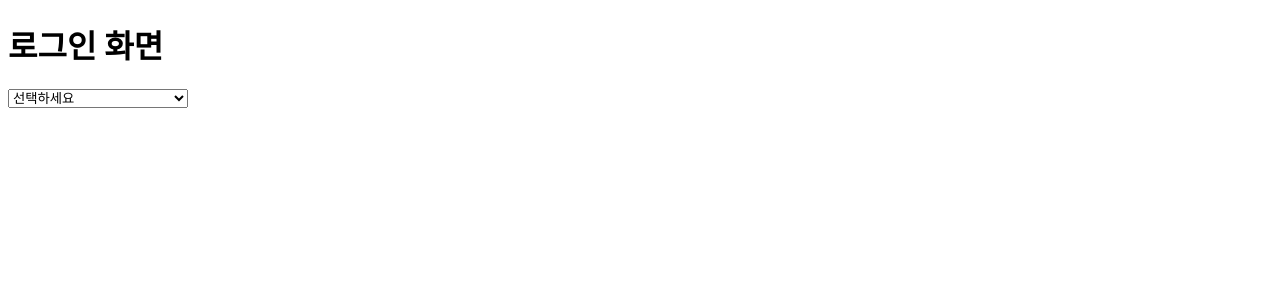
Repository: minjikimkim2222/BBS
Page: http://localhost/BBS/login.jsp
An editor plug-in stored every save of this project. The page is shown before and after the next save, followed by the edit.
The browser window is 1280 px wide. The pictures show the whole page.
The page is served by Tomcat 9. Other server files are loaded and not shown.

Above is the page before, as saved 2023-11-28 08:24:27.
Not found: BBS/BBS/css/board.css

### BBS/src/main/webapp/login.jsp
<%@ page language="java" contentType="text/html; charset=UTF-8"
    pageEncoding="UTF-8"%><!--   JSP 서버측 설정  -->
<!DOCTYPE html>
<html>
	<head>
		<meta HTTP-EQUIV="content-type" CONTENT="text/html; CHARSET=UTF-8" charset = "UTF-8"> <!--  클라이언트 문자 인코딩 방식  -->

		<link rel = "stylesheet" href="css/board.css?after" type="text/css">
		<title>JSP 로그인 페이지</title>
</head>
<body>

<h1 class = "h1_align">로그인 화면</h1>

	<form action="" name="loginSelect">
		<select name = "loginList" onchange = "location = document.loginSelect.loginList.value">
			<option>선택하세요</option>
			<option value = "processLoginAdmin.jsp"> admin 로그인 페이지로 이동 </option>
			<option value = "processLoginUser.jsp">user 로그인 페이지로 이동</option>
			<option value = "MySQL_ConnectionTest.jsp"> mySQL Connection TEST</option>
			<option value = "register.jsp">회원가입 페이지로 이동</option>
		</select>
	</form>
</body>
</html>

After the next save:
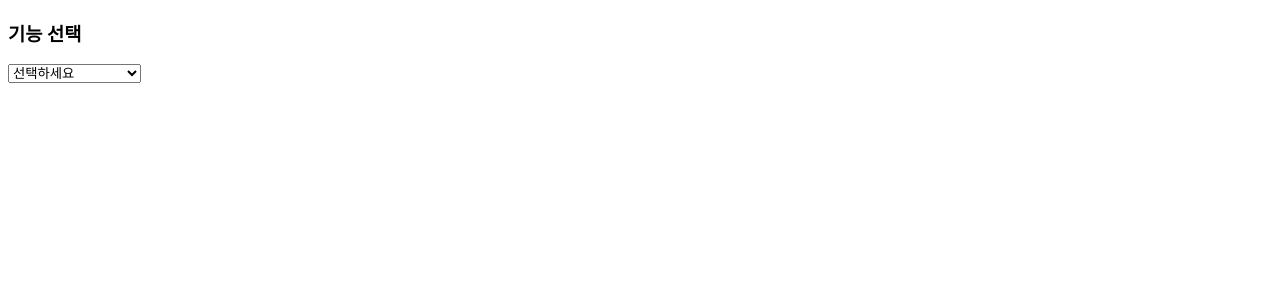
Saved 24 days later.
--- a/BBS/src/main/webapp/login.jsp
+++ b/BBS/src/main/webapp/login.jsp
@@ -10,7 +10,7 @@
 </head>
 <body>
 
-<h1 class = "h1_align">로그인 화면</h1>
+<!-- <h1 class = "h1_align">로그인 화면</h1>
 
 	<form action="" name="loginSelect">
 		<select name = "loginList" onchange = "location = document.loginSelect.loginList.value">
@@ -21,5 +21,18 @@
 			<option value = "register.jsp">회원가입 페이지로 이동</option>
 		</select>
 	</form>
-</body>
+</body> -->
+
+	<h3> 기능 선택</h3>
+
+	<form action="" name="loginSelect">
+		<select name = "loginList" onchange = "location = document.loginSelect.loginList.value" style="margin-bottom: 20px;">
+			<option>선택하세요</option>
+			<option value = "main.jsp"> 메인 </option>
+			<option value = "bbs.jsp"> 게시판 </option>
+			<option value = "login.jsp"> 로그인 </option>
+			<option value = "join.jsp"> 회원가입 </option>
+			<option value = "MySQL_ConnectionTest.jsp">sql connection test</option>
+		</select>
+	</form>
 </html>
